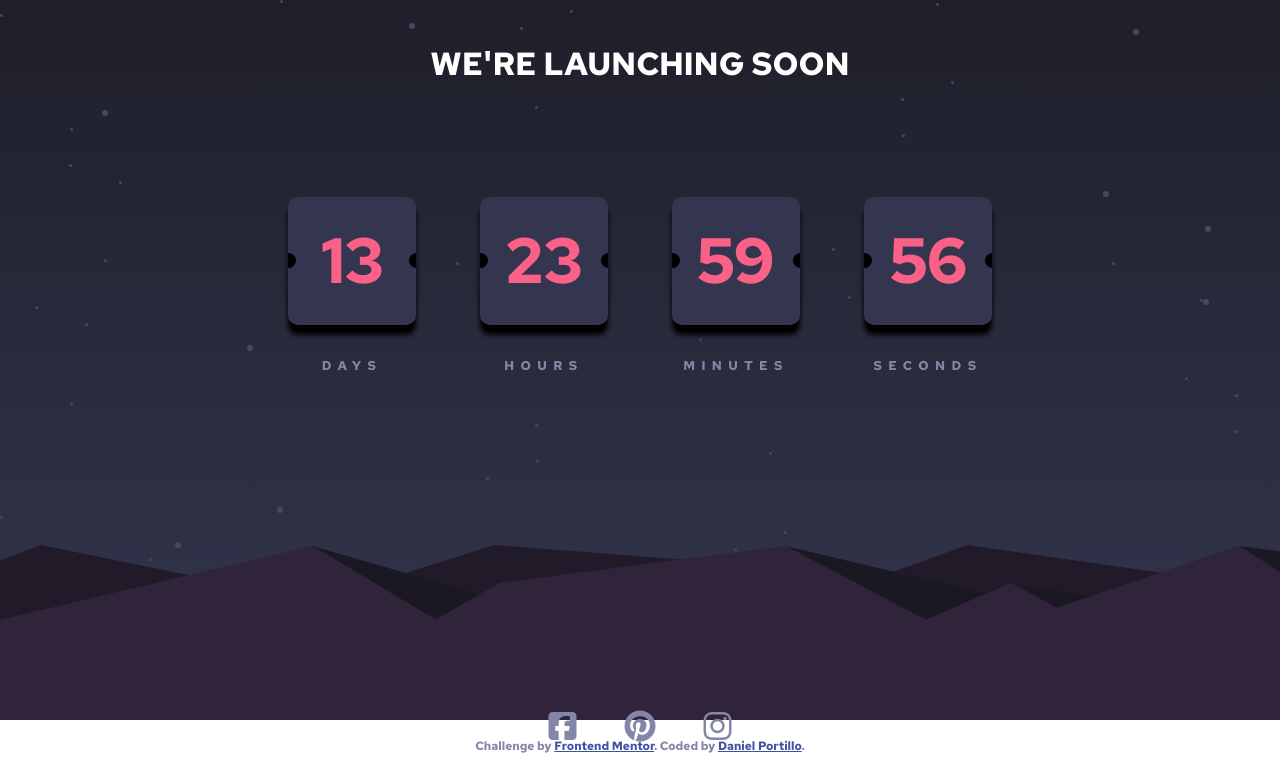
Repository: dportillo23/launch-countdown-timer-main
Page: index.html
An editor plug-in stored every save of this project. The page is shown before and after the next save, followed by the edit.
The browser window is 1280 px wide. The pictures show the whole page.
Some web libraries are served in a nearby version. The style sheet was rebuilt from its Sass, Less or Tailwind sources for each picture, by a compiler version that may differ from the author's.

Above is the page before, as saved 2021-06-28 16:53:50.

### index.html
<!DOCTYPE html>
<html lang="en">

<head>
  <meta charset="UTF-8">
  <meta name="viewport" content="width=device-width, initial-scale=1.0">

  <!-- displays site properly based on user's device -->
  <link rel="stylesheet" href="style.css">
  <link rel="icon" type="image/png" sizes="32x32" href="./images/favicon-32x32.png">

  <!-- Fontawesome connection -->
  <script src="https://kit.fontawesome.com/22e099610c.js" crossorigin="anonymous"></script>
  <link rel="stylesheet" href="path/to/font-awesome/css/font-awesome.min.css">

  <!-- Google fonts -->
  <link rel="preconnect" href="https://fonts.gstatic.com">
  <link href="https://fonts.googleapis.com/css2?family=Red+Hat+Text:wght@700&display=swap" rel="stylesheet">

  <title>Frontend Mentor | Launch countdown timer</title>

</head>

<body>
  <div class="header">
    <div class="container">

      <h1 class="title">We're launching soon</h1>

      <!-- Cards Section -->
      <div class="cards--section">

        <!-- Days card -->
        <div class="cards--container">
          <div class="card--number--container days" id="days">
            14
          </div>
          <h3 class="card--subtitle">Days</h3>
        </div>

        <!-- Hours card -->
        <div class="cards--container">
          <div class="card--number--container front  hours" id="hours">
            00
          </div>
          <h3 class="card--subtitle">Hours</h3>
        </div>

        <!-- Minutes card -->
        <div class="cards--container">
          <div class="card--number--container  minutes" id="minutes">
            00
          </div>
          <h3 class="card--subtitle">Minutes</h3>
        </div>

        <!-- Seconds card -->
        <div class="cards--container">
          <div class="card--number--container seconds" id="seconds">
           00
          </div>
          <h3 class="card--subtitle">Seconds</h3>
        </div>
      </div>

      <!-- Social media icons section -->
      <div class="social--container">
        <img src="./images/pattern-hills.svg" alt="hills" srcset="">
        <a href=""><i class="fab fa-facebook-square"></i></a></i><a href=""><i class="fab fa-pinterest"></i></a><a
          href=""><i class="fab fa-instagram"></i></a></div>
    </div>
  </div>

<!-- Footer -->
  <footer>
    <div class="attribution">
      Challenge by <a href="https://www.frontendmentor.io?ref=challenge" target="_blank">Frontend Mentor</a>.
      Coded by <a href="https://dportillo23.github.io/My-Personal-Site/">Daniel Portillo</a>.
    </div>
  </footer>

  <script src="app.js"></script>
</body>

</html>

### app.js
// Constants and DOM objects
const seconds = 1000;
const minutes = seconds * 60;
const hours = minutes * 60;
const days = hours * 24;

//  Timer elements
const timeDays = document.getElementById("days");
const timeHours = document.getElementById("hours");
const timeMinutes = document.getElementById("minutes");
const timeSeconds = document.getElementById("seconds");

// Cards Elements
const daysContainer = document.querySelector(".days");
const hoursContainer = document.querySelector(".hours");
const minutesContainer = document.querySelector(".minutes");
const secondsContainer = document.querySelector(".seconds");


// Functions
function difference(endTime, startTime) {
    return endTime - startTime;
}

function addLeadingZero(num) {
    if (num < 10) {
        num = "0" + num;
    }
    return num;
}


function flipCard(card) {
    card.classList.toggle("flipped");
}


//  Interval to make the countdown
var counter = 0
var leftTime = {
    d: [],
    h: [],
    m: [],
    s: [],
}

const finish = new Date();
finish.setDate(finish.getDate() + 14);

// Start countdown
setInterval(() => {
    const actualTime = new Date();
    const timeDifference = difference(finish, actualTime);

    if (counter === 0) {
        leftTime = {
            d: [Math.floor(timeDifference / days), Math.floor(timeDifference / days)],
            h: [Math.floor((timeDifference % days)/ hours ), Math.floor((timeDifference % days)/ hours )],
            m: [Math.floor((timeDifference % hours) / minutes), Math.floor((timeDifference % hours) / minutes)],
            s: [Math.floor((timeDifference % minutes) / seconds) + 1, Math.floor((timeDifference % minutes) / seconds) + 1],
        }

    } else {
        leftTime = {
            d: [Math.floor(timeDifference / days), leftTime.d[0]],
            h: [Math.floor((timeDifference % days)/ hours ), leftTime.h[0]],
            m: [Math.floor((timeDifference % hours) / minutes), leftTime.m[0]],
            s: [Math.floor((timeDifference % minutes) / seconds) + 1, leftTime.s[0]],
        }
    }


    // Add leading zero if needed
    for (const item in leftTime) {
        leftTime[item] = leftTime[item].map(num => addLeadingZero(num))
    }


    //  Change numbers in HTML
    timeDays.innerHTML = leftTime.d[0];
    timeHours.innerHTML = leftTime.h[0];
    timeMinutes.innerHTML = leftTime.m[0];
    timeSeconds.innerHTML = leftTime.s[0];

    counter += 1

    console.log(leftTime)

}, 1000);

### style.scss
*, *::before, *::after {
    box-sizing: border-box;
    margin: 0;
}

$col-ppal: hsl(237, 18%, 59%);
$col-red: hsl(345, 95%, 68%);

$col-dark: hsl(236, 21%, 26%);
$col-dark-blue: hsl(235, 16%, 14%);
$col-darker: hsl(234, 17%, 12%);

body {
    font-family: 'Red Hat Text', sans-serif;
    color: $col-ppal;
}

.header {
    min-height: 100vh;
    display: flex;
    flex-direction: column;
    justify-content: center;
    align-items: center;
    background: linear-gradient($col-dark-blue, $col-dark);
}

.container {
    min-height: 100vh;
    width: 100%;
    display: flex;
    flex-direction: column;
    justify-content: center;
    align-items: center;
    gap: 7em;
    position: relative;
    background: url('./images/bg-stars.svg');
}

.title {
    text-transform: uppercase;
    color: #fff;
}

// Cards Secition

.cards--section {
    display: flex;
    gap: 4em;
}

.cards--container {
    display: flex;
    flex-direction: column;
    gap: 2em;
    justify-content: center;
    align-items: center;
}

.card--number--container {
    display: flex;
    justify-content: center;
    align-items: center;
    padding: 1em;
    width: 2em;
    height: 2em;
    background-color: $col-dark;
    border-radius: 10px;
    box-shadow: 0 10px 5px black;
    position: relative;
    overflow: hidden;
    transition: all 0.5s ease;
    backface-visibility: hidden;
    transform: rotateX(0deg);
    color: $col-red;
    font-size: 4rem;

    &::before {
        content: '';
        width: 15px;
        height: 15px;
        border-radius: 50%;
        background-color: black;
        position: absolute;
        left: -7.5px;

    }

    &::after {
        content: '';
        width: 15px;
        height: 15px;
        border-radius: 50%;
        background-color: black;
        position: absolute;
        right: -7.5px;
    }
}

.card--subtitle {
    text-transform: uppercase;
    letter-spacing: 0.5em;
    font-size: 0.8em;
}

// Social media section

.social--container {
    width: 100%;
    height: 100%;
    padding-top: 10em;
    display: flex;
    align-items: center;
    justify-content: center;
    gap: 3em;
    // background: lightblue;

    img {
        width: 100%;

        position: absolute;
        z-index: 0;
        bottom: 0;
    }
}

.fab {
    position: relative;
    top: 2em;
    z-index: 1;
    font-size: 2rem;
    color:$col-ppal;

    &:hover {
        color: $col-red;
    }
}

// Footer

.attribution {
    padding: 1.5em;
    font-size: 12px; text-align: center;
    a {
        color: hsl(228, 45%, 44%);
    }
}

After the next save:
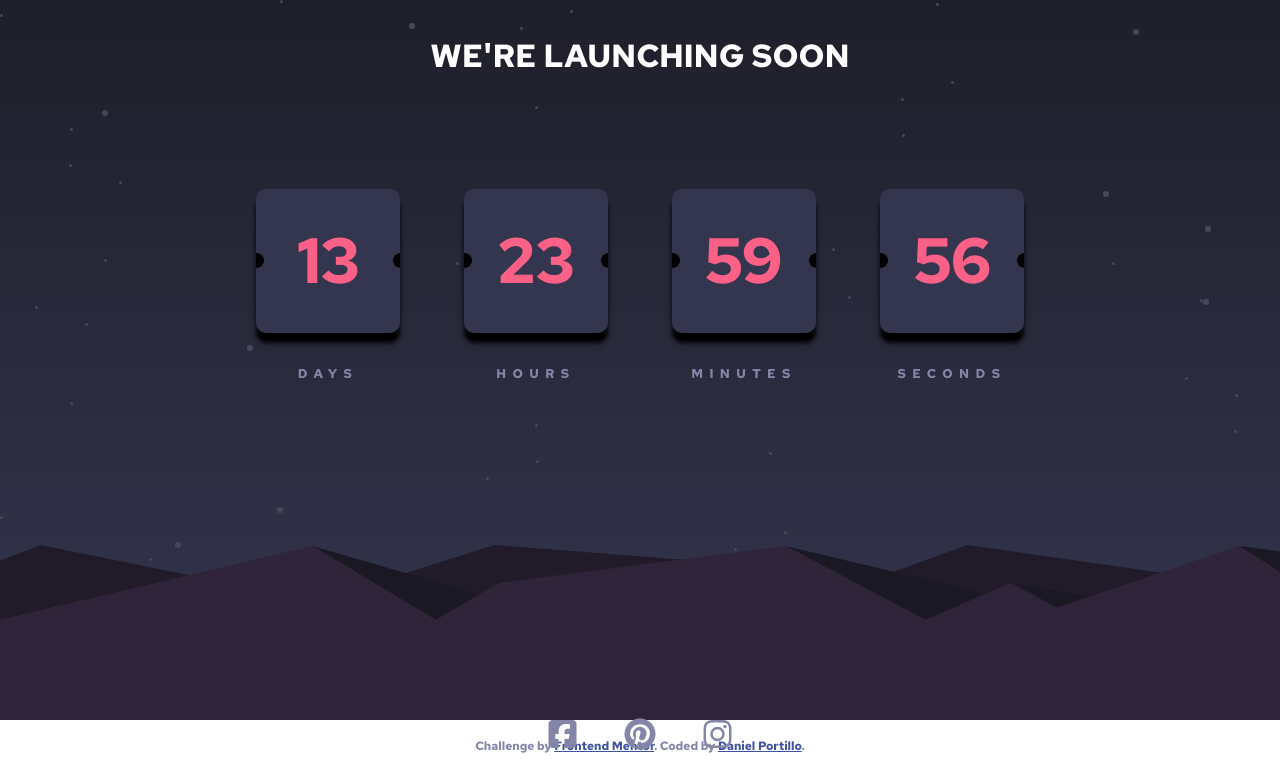
Saved 13 s later.
--- a/style.scss
+++ b/style.scss
@@ -61,8 +61,8 @@ body {
     justify-content: center;
     align-items: center;
     padding: 1em;
-    width: 2em;
-    height: 2em;
+    width: 2.25em;
+    height: 2.25em;
     background-color: $col-dark;
     border-radius: 10px;
     box-shadow: 0 10px 5px black;
